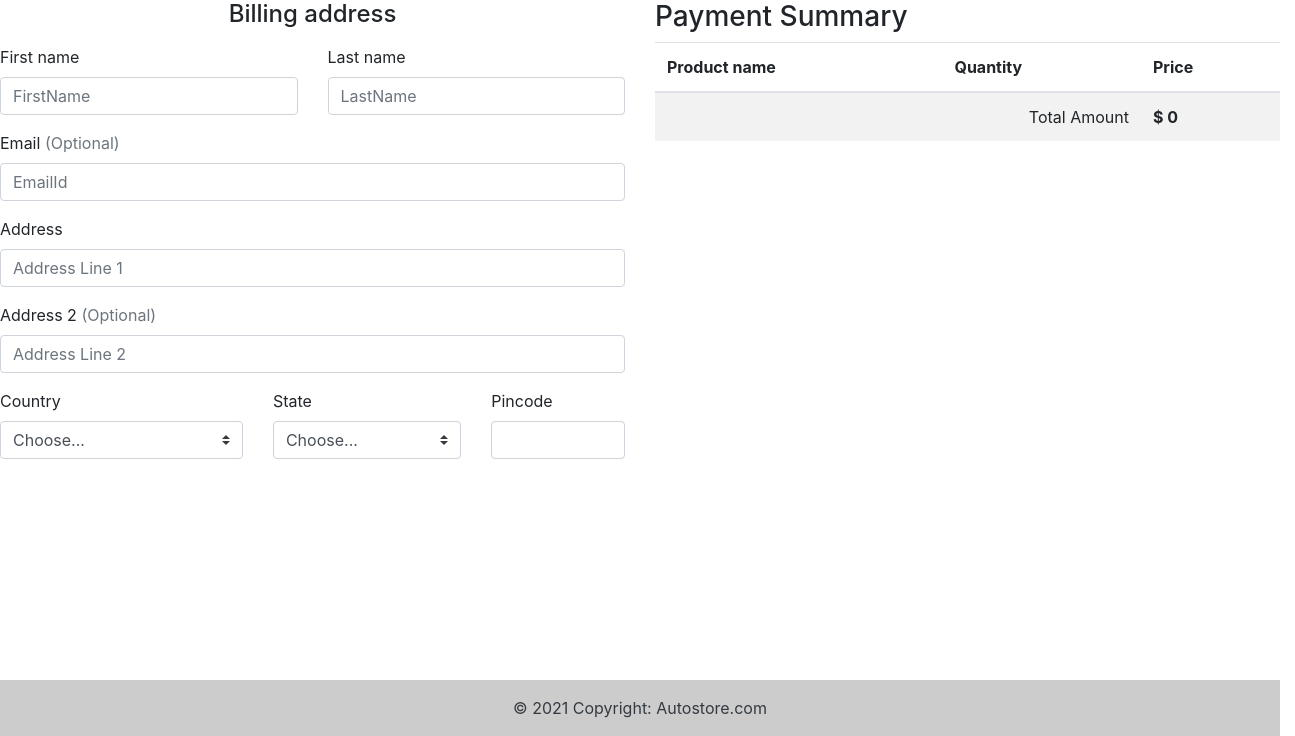
Repository: pravinsakthivel/ecommerce
Page: /checkout
An editor plug-in stored every save of this project. The page is shown before and after the next save, followed by the edit.
The browser window is 1280 px wide. The page is 1295 px wide, so the pictures cover 1295 px, including what lies to the right of the window. The pictures show the whole page.
The project was rebuilt for these pictures with package versions that can differ from the ones it lists, and the page was loaded fresh each time. Also part of the build but not shown: src/components/UI/BaseButton.vue, src/components/ProductItem.vue, src/components/UI/ShoppingCartIcon.vue, src/components/UI/NavigationBar.vue, src/components/UI/SearchBar.vue, src/components/ProductDescriptionModal.vue, src/components/ProductList.vue, src/components/CartList.vue and 5 more.

Above is the page before, as saved 2021-04-10 22:28:10.

### public/index.html
<!DOCTYPE html>
<html lang="">
  <head>
    <meta charset="utf-8" />
    <meta http-equiv="X-UA-Compatible" content="IE=edge" />
    <meta name="viewport" content="width=device-width,initial-scale=1.0" />
    <link rel="icon" href="<%= BASE_URL %>favicon.ico" />
    <link
      href="https://fonts.googleapis.com/css?family=Nunito+Sans:400,400i,700,900&display=swap"
      rel="stylesheet"
    />
    <title><%= htmlWebpackPlugin.options.title %></title>
  </head>
  <style>
    #page-container {
      position: relative;
      min-height: 100vh;
    }

    #content-wrap {
      padding-bottom: 2.5rem; /* Footer height */
    }

    #footer {
      position: absolute;
      bottom: 0;
      width: 100%;
      height: 2.5rem; /* Footer height */
    }
  </style>
  <body>
    <noscript>
      <strong
        >We're sorry but <%= htmlWebpackPlugin.options.title %> doesn't work
        properly without JavaScript enabled. Please enable it to
        continue.</strong
      >
    </noscript>
    <div id="page-container">
      <div id="content-wrap">
        <div id="app"></div>
      </div>
      <footer id="footer">
        <div class="text-center text-dark p-3 footer" style="background-color: rgba(0, 0, 0, 0.2);">
          © 2021 Copyright:
          <a class="text-dark" href="#">Autostore.com</a>
        </div>
      </footer>
    </div>
    <!-- built files will be auto injected -->
  </body>
</html>

### src/main.js
import { createApp } from 'vue';
import App from './App.vue';
import router from './router.js';
import store from './store.js';
import 'bootstrap';
import 'font-awesome/css/font-awesome.min.css';
import 'bootstrap/dist/css/bootstrap.min.css';
import BaseButton from "./components/UI/BaseButton.vue";
import BaseBadge from './components/UI/BaseBadge.vue';
import TheJumbotrom from './components/UI/TheJumbotron.vue';
import BaseModal from './components/UI/BaseModal.vue';



const app = createApp(App);
app.use(router);
app.use(store);
app.component('base-button',BaseButton);
app.component('base-badge',BaseBadge);
app.component('the-jumbotron',TheJumbotrom);
app.component('base-modal',BaseModal);
app.mount('#app');

### src/App.vue
<template>
 <router-view></router-view>

</template>

<script>

export default {
  name: 'App',
}
</script>

<style >

</style>

### src/router.js
import { createRouter, createWebHistory } from "vue-router";
import ProductList from "./components/ProductList.vue";
import CartList from "./components/CartList.vue";
import OrderSuccessPage from "./components/UI/OrderSuccess.vue";
import LoginPage from "./components/UI/LoginPage.vue";
import CheckoutPage from "./components/CheckoutPage.vue";

const router = createRouter({
  history: createWebHistory(),
  routes: [
    {
      path: "/",
      redirect: "/login",
    },
    {
      path: "/cartIems",
      component: CartList,
    },
    {
      path: "/products",
      component: ProductList,
    },
    {
      path: "/orderSuccessPage",
      component: OrderSuccessPage,
    },
    {
      path: "/login",
      component: LoginPage,
    },
    {
      path:"/checkout",
      component:CheckoutPage
    }
  ],
});

export default router;

### src/store.js
import {createStore} from 'vuex';
import productModule from './store/products/index.js'

const store = createStore({
   modules:{
        products:productModule
   }
});

export default store;

### src/components/CheckoutPage.vue
<template>
  <div class="row">
    <div class="col-md-6">
      <h4 class="mb-3 text-center">Billing address</h4>
      <form>
        <div class="row">
          <div class="col-md-6 mb-3">
            <label for="firstName">First name</label>
            <input
              type="text"
              class="form-control"
              id="firstName"
              placeholder="FirstName"
              value=""
              required
            />
          </div>
          <div class="col-md-6 mb-3">
            <label for="lastName">Last name</label>
            <input
              type="text"
              class="form-control"
              id="lastName"
              placeholder="LastName"
              value=""
              required
            />
          </div>
        </div>
        <div class="mb-3">
          <label for="email"
            >Email <span class="text-muted">(Optional)</span></label
          >
          <input
            type="email"
            class="form-control"
            id="email"
            placeholder="EmailId"
          />
        </div>

        <div class="mb-3">
          <label for="address">Address</label>
          <input
            type="text"
            class="form-control"
            id="address"
            placeholder="Address Line 1"
            required
          />
        </div>

        <div class="mb-3">
          <label for="address2"
            >Address 2 <span class="text-muted">(Optional)</span></label
          >
          <input
            type="text"
            class="form-control"
            id="address2"
            placeholder="Address Line 2"
          />
        </div>

        <div class="row">
          <div class="col-md-5 mb-3">
            <label for="country">Country</label>
            <select class="custom-select d-block w-100" id="country" required>
              <option value="">Choose...</option>
              <option>India</option>
            </select>
          </div>
          <div class="col-md-4 mb-3">
            <label for="state">State</label>
            <select class="custom-select d-block w-100" id="state" required>
              <option value="">Choose...</option>
              <option>Bangalore</option>
            </select>
          </div>
          <div class="col-md-3 mb-3">
            <label for="zip">Pincode</label>
            <input
              type="text"
              class="form-control"
              id="zip"
              placeholder=""
              required
            />
          </div>
        </div>
      </form>
    </div>
    <div class="col-md-6">
      <payment-details></payment-details>
    </div>

  </div>
</template>
<script>
import PaymentDetails from "./PaymentDetails.vue";

export default {
  components: {
     PaymentDetails,
  },
};
</script>

### src/store/products/index.js
import actions from './actions.js';
import getters from './getters.js';
import mutations from './mutations.js';

export default{
    namespaced:true,
    state(){
        return{
            products: [],
            cartItems: [],
            productsIdsInCart:[],
            searchedItems:[],
            lastUpdated:null,
            loggedInUser :''
        }
    },
    actions,
    getters,
    mutations
}

### src/components/PaymentDetails.vue
<template>
  <div>
    <h3>Payment Summary</h3>
    <table class="table table-striped">
      <thead>
        <tr>
          <th>Product name</th>
          <th>Quantity</th>
          <th>Price</th>
        </tr>
      </thead>
      <tbody>
        <tr v-for="item in cartItems" :key="item.productId">
          <td>{{ item.productName }}</td>
          <td>{{ item.quantity }}</td>
          <td>$ {{ item.cartValue ? item.cartValue : item.price }}</td>
        </tr>
        <tr>
          <td colspan="2" class="text-right">Total Amount</td>
          <td>
            <strong>$ {{ totalCartValue }}</strong>
          </td>
        </tr>
      </tbody>
    </table>
  </div>
  <paypal-component :cartValue="totalCartValue"></paypal-component>
</template>
<script>
import PaypalComponent from './PayPalComponent.vue';
export default {
  components:{
    PaypalComponent
  },
  computed: {
    totalCartValue() {
      let cartvalue = 0;
      this.cartItems.forEach((element) => {
        cartvalue += element.cartValue ? element.cartValue : element.price;
      });
      console.log(cartvalue)
      return cartvalue;
    },
    cartItems(){
      return this.$store.getters['products/getCartItems']
    }
  }
};
</script>

### src/store/products/actions.js
export default {
  async loadProducts(context,forceRefresh) {
    console.log(context.getters.shouldRefresh , forceRefresh);
    if(!context.getters.shouldRefresh && !forceRefresh){
      console.log("sending cache data");
      return;
    }
    console.log("sending fetched data");
    let url = `https://products-data-b01f9-default-rtdb.firebaseio.com/products/-MXaxOFKGRgCKs_OkzrR.json`;
    let response = await fetch(url);
    let responseData = await response.json();
    context.commit("setProducts", responseData);
    context.commit("setTimeStamp");
  },
  setProducts(context, payload) {
    context.commit("setProducts", payload);
  },
  addProductItemToCart(context, product) {
    let cartItems = [...context.getters.getCartItems, product];
    context.dispatch("addProductIdInCart", product.productId);
    context.commit("setCartItems", cartItems);
  },
  addProductIdInCart(context, data) {
    let productIdsInCart = [...context.getters.getproductIdsIncart, data];
    context.commit("setProductIdsInCart", productIdsInCart);
  },
  setCartItems(context, data) {
    context.commit("setCartItems", data);
  },
  removeCartItem(context, productId) {
    let cartItems = context.getters.getCartItems;
    let filteredItems = cartItems.filter((item) => {
      return item.productId != productId;
    });
    context.dispatch("removeProductIdInCart", productId);
    context.commit("setCartItems", filteredItems);
  },
  removeProductIdInCart(context, productId) {
    let productIdsInCart = context.getters.getproductIdsIncart;
    const index = productIdsInCart.indexOf(productId);
    if (index > -1) {
      productIdsInCart.splice(index, 1);
    }
    context.commit("setProductIdsInCart", productIdsInCart);
  },
  setSearchedItems(context, payload) {
    context.commit("setSearchedItems", payload);
  },
  setUser(context,userName){
    context.commit("setUser",userName);
  },
  resetProductIdsInCart(context){
    context.commit("setProductIdsInCart",[])
  }
};

### src/store/products/getters.js
export default {
  getProducts(state) {
    return state.products;
  },
  getCartItems(state) {
    return state.cartItems;
  },
  getproductIdsIncart(state) {
    return state.productsIdsInCart;
  },
  shouldRefresh(state) {
    let lastUpdate = state.lastUpdated;
    if (!lastUpdate) {
      return true;
    }
    const currentTimeStamp = new Date().getTime();
    return (currentTimeStamp - lastUpdate) / 1000 > 60;
  },
  getSearchItems(state){
      return state.searchedItems;
  },
  getLoggedInUser(state){
    return state.loggedInUser;
  }
};

### src/store/products/mutations.js
export default {
  setCartItems(state, payload) {
    state.cartItems = payload;
  },
  setProducts(state, payload) {
    state.products = payload;
  },
  setProductIdsInCart(state, payload) {
    state.productsIdsInCart = payload;
  },
  setTimeStamp(state) {
    state.lastUpdated = new Date().getTime();
  },
  setSearchedItems(state, payload) {
    state.searchedItems = payload;
  },
  setUser(state, userName) {
    state.loggedInUser = userName;
  },
};

### src/components/PayPalComponent.vue
<template>
  <div id="paypal-button"></div>
</template>
<script>
export default {
  props:["cartValue"],
  mounted() {
    let paypalScript = document.createElement("script");
    paypalScript.setAttribute(
      "src",
      "https://www.paypal.com/sdk/js?client-id=AVqt9vrCUVqfc7P88IdNEju9AuBGJq-97Q6YjIoat7qiJp9kvvh4UoYTX6ck6Du60ubYApPewCvAZViN"
    );
    paypalScript.addEventListener("load", this.loadPayPal);
    document.head.appendChild(paypalScript);
  },
  methods:{
      loadPayPal() {
      let self = this;

      window.paypal
        .Buttons({
          createOrder: function(data, actions) {
           let totalCartValue = self.cartValue;
            // This function sets up the details of the transaction, including the amount and line item details.
            return actions.order.create({
              purchase_units: [
                {
                  amount: {
                    value: totalCartValue,
                  },
                },
              ],
            });
          },
          onApprove: function(data, actions) {
            // This function captures the funds from the transaction.
            return actions.order.capture().then(function(details) {
              // This function shows a transaction success message to your buyer.
              self.processPostPayment(details);
            });
          },
        })
        .render("#paypal-button");
    },
     processPostPayment(details) {
      console.log(details);
      this.$store.dispatch("products/setCartItems", []);
      this.$store.dispatch("products/resetProductIdsInCart");
      this.$router.push("orderSuccessPage");
    }
  }
};
</script>

After the next save:
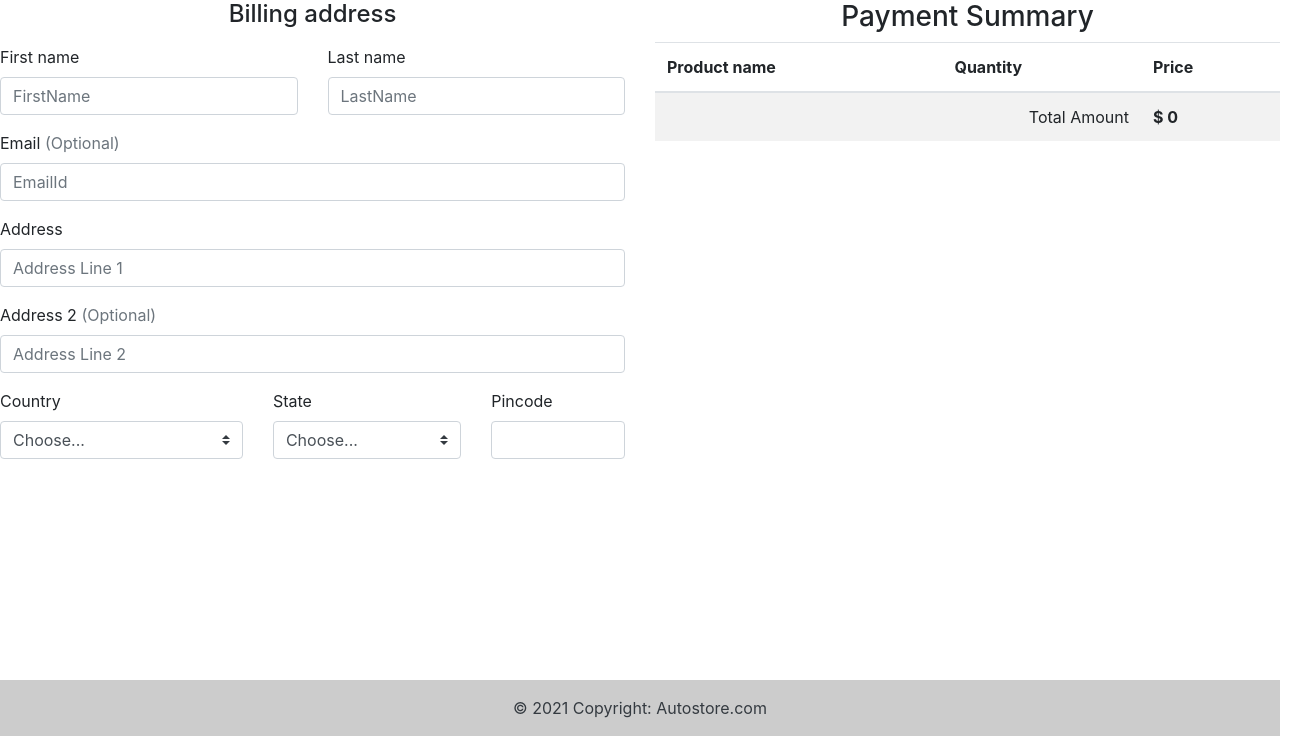
Saved 57 s later.
--- a/src/components/PaymentDetails.vue
+++ b/src/components/PaymentDetails.vue
@@ -1,6 +1,6 @@
 <template>
   <div>
-    <h3>Payment Summary</h3>
+    <h3 class="text-center">Payment Summary</h3>
     <table class="table table-striped">
       <thead>
         <tr>
